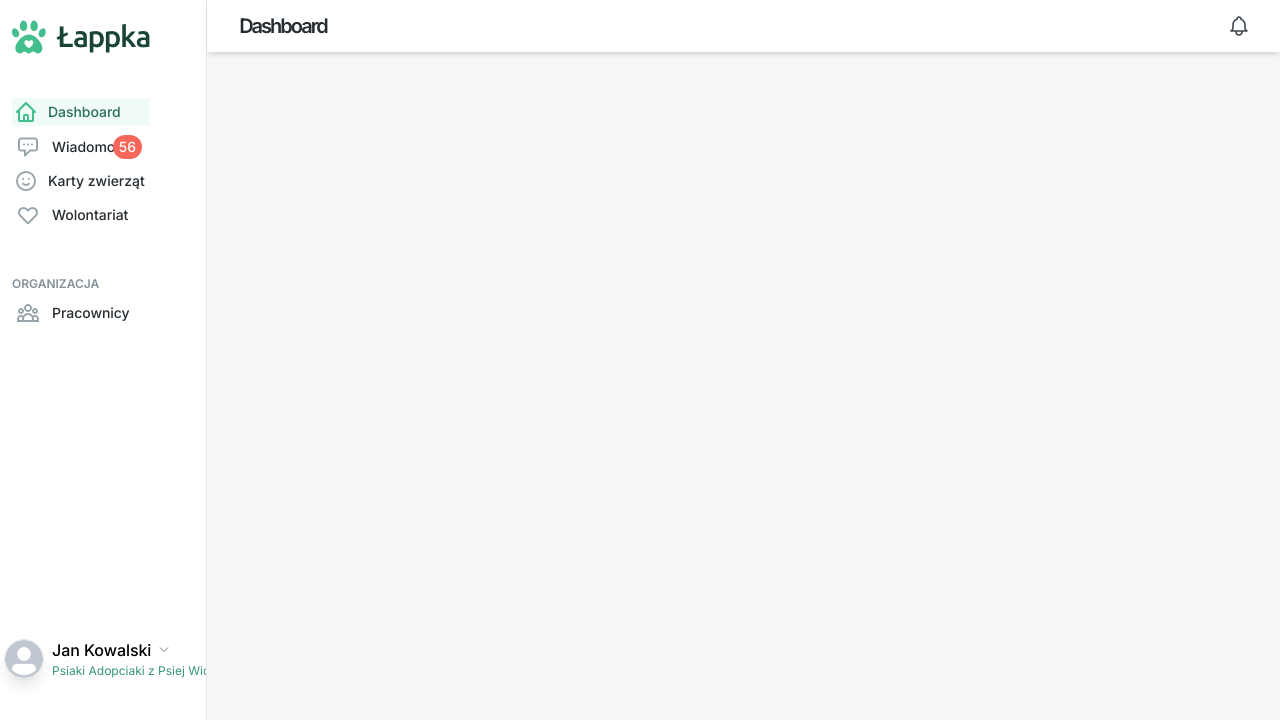
Repository: michalmilek/lappka
Page: /dashboard
The author's editor kept a copy of each file at every save. The page is drawn from the files as they stood at one save, then again after a run of saves.
The browser window is 1280 px wide. The pictures show the whole page.
The project was rebuilt for these pictures with package versions that can differ from the ones it lists, and the page was loaded fresh each time. Also part of the build but not shown: src/components/customComponents/FormInput.tsx, src/components/customComponents/Button.tsx, src/components/LoginForm.tsx, src/components/Form/Form.tsx, src/pages/Login.tsx.

Above is the page before, as saved 2023-03-28 13:15:02.

After the next 3 saves:
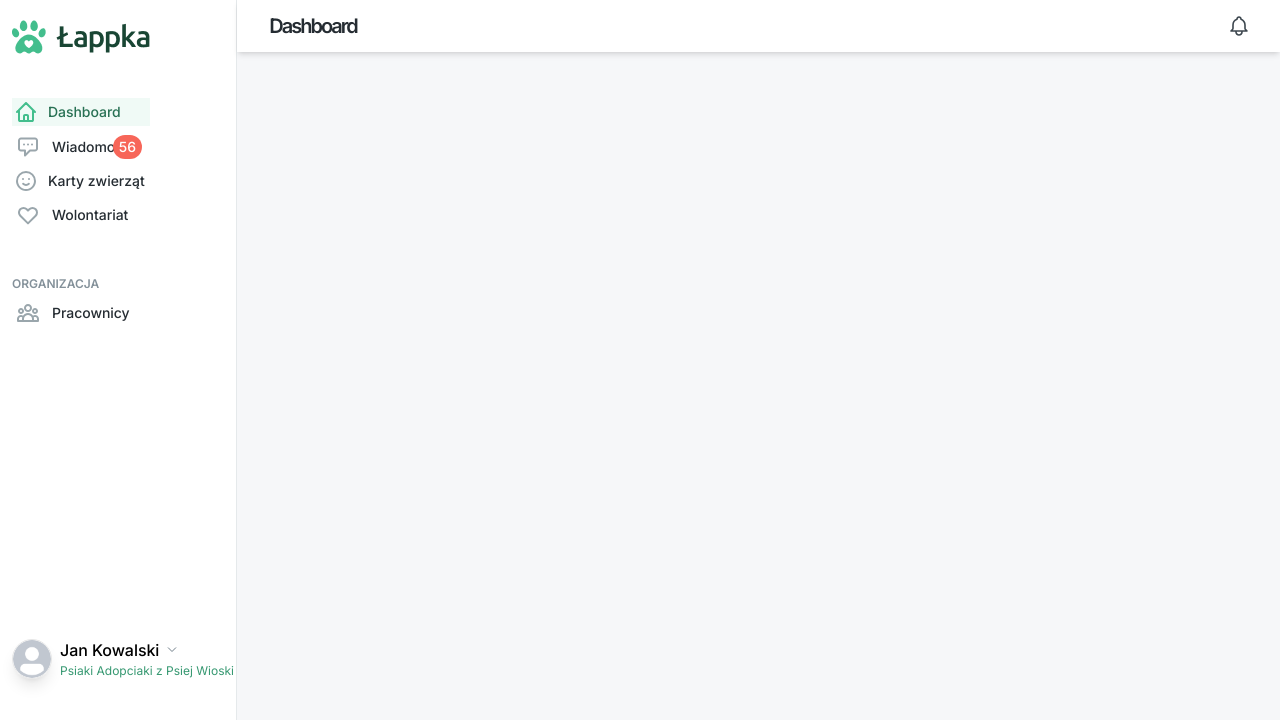
The 3 saves are shown as one change because they came seconds apart.
The last was saved 10 s later.
--- a/src/components/Sidebar/Sidebar.tsx
+++ b/src/components/Sidebar/Sidebar.tsx
@@ -14,7 +14,7 @@ const Sidebar = () => {
   const [isOpen, setIsOpen] = useState(false);
   return (
     <nav className="border-r border-lightGray3 shadow-md overflow-y-hidden whitespace-nowrap">
-      <div className="px-3 py-5 pb-10 min-h-screen flex flex-col min-w-[230px] justify-between items-start">
+      <div className="px-3 py-5 pb-10 min-h-screen flex flex-col min-w-[290px] justify-between items-start">
         <div className="flex flex-col items-start justify-start gap-11">
           <img
             src={Logo}
